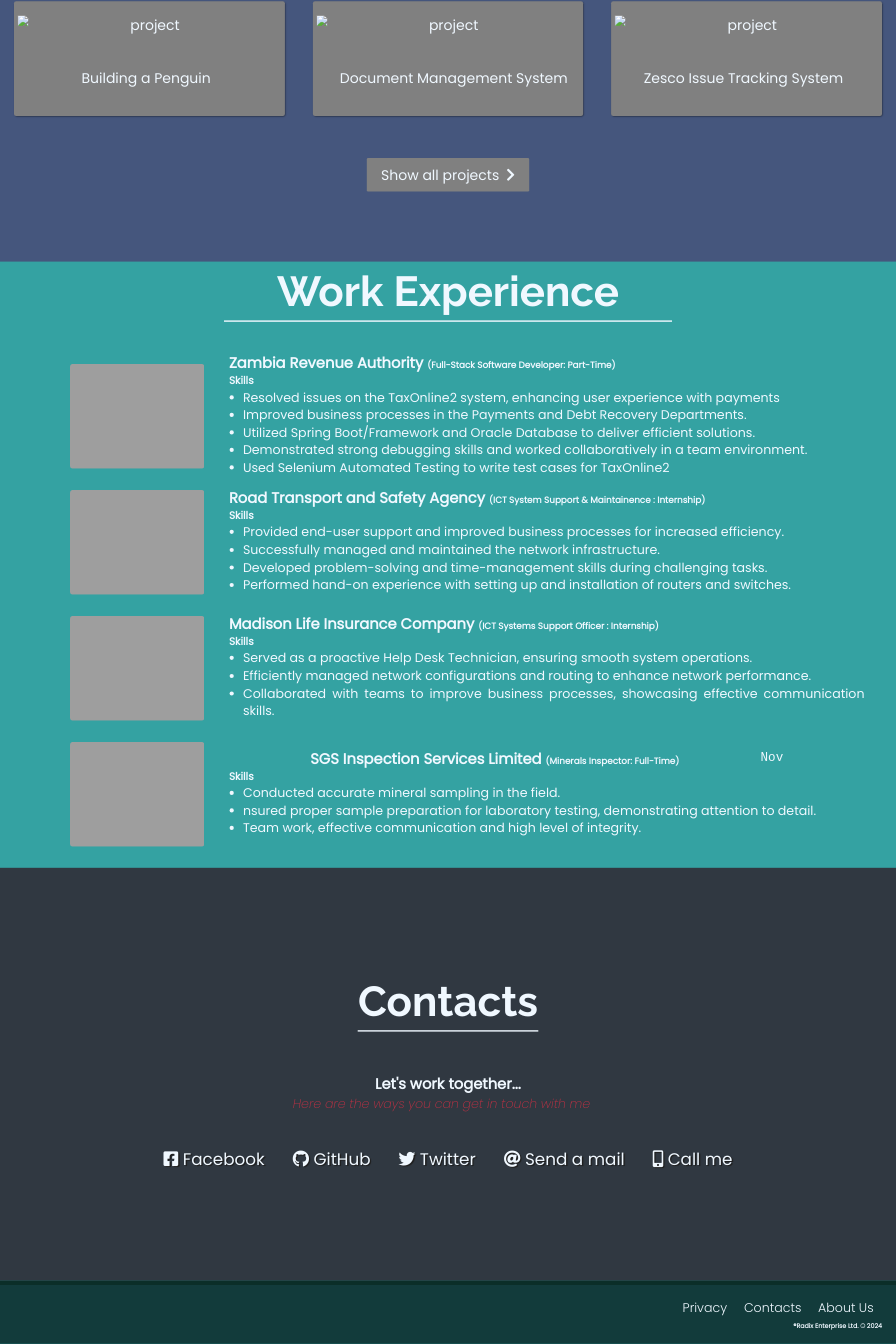
Repository: Lungdjos/personal_portifolio
Page: html/index.html
The author's editor kept a copy of each file at every save. The page is drawn from the files as they stood at one save, then again after a run of saves.
The browser window is 1280 px wide. The pictures show the part of the page from y = 1224 to 3144 px (the page is 3144 px tall), at 70% of full size.
Pictures or frames that could not be fetched are drawn as grey boxes. Some web libraries are served in a nearby version.

Above is the page before, as saved 2024-02-04 02:40:38.

After the next 9 saves:
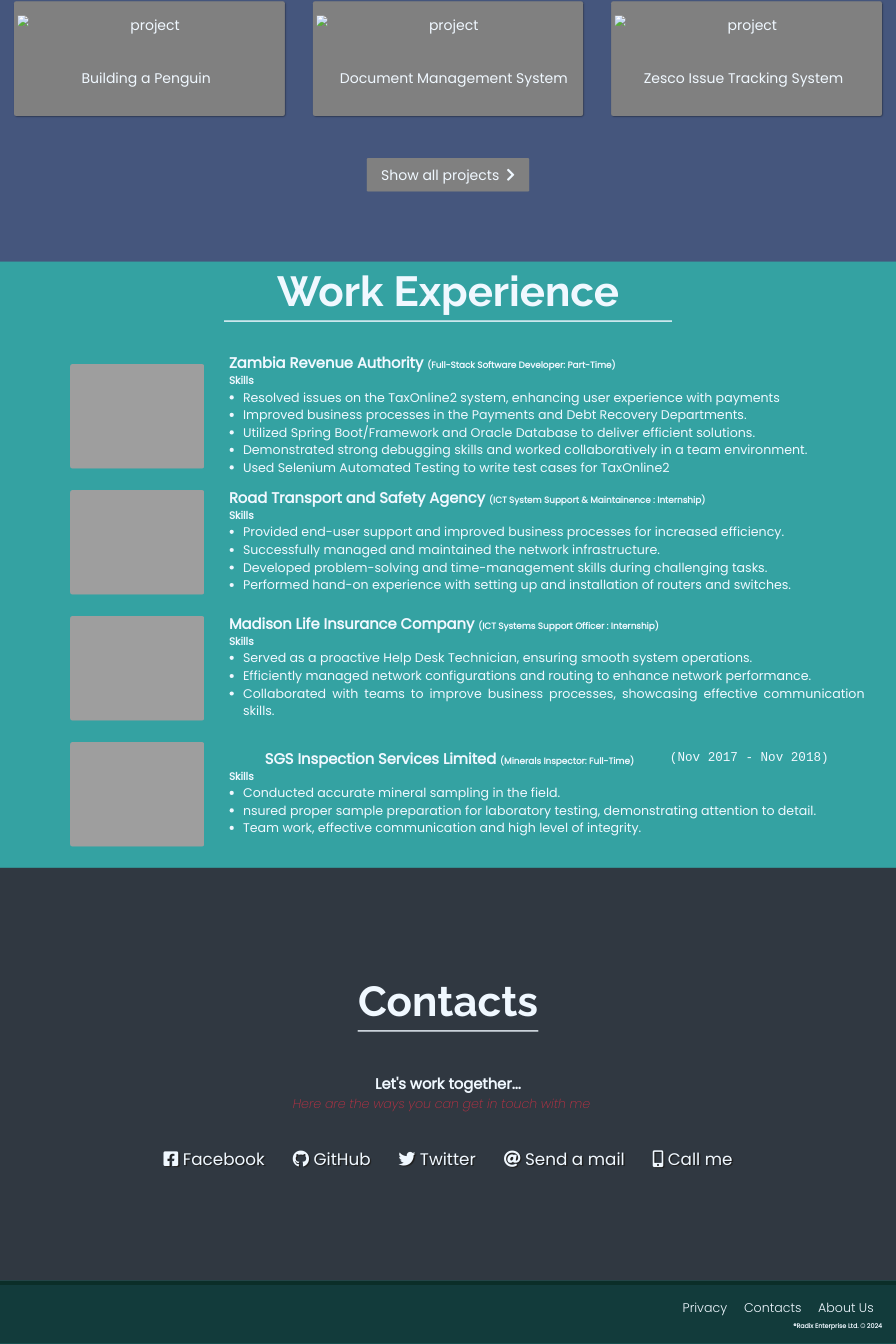
The 9 saves are shown as one change because they came seconds apart.
The last was saved 37 s later.
--- a/html/index.html
+++ b/html/index.html
@@ -148,7 +148,7 @@
                 <div class="experience">
                     <div class="title-exp">
                         <h3>SGS Inspection Services Limited <small>(Minerals Inspector: Full-Time)</small></h3>
-                        <code>Nov</code>
+                        <code>(Nov 2017 - Nov 2018)</code>
                     </div>
 
                     <h5 class="skills">Skills</h5>
